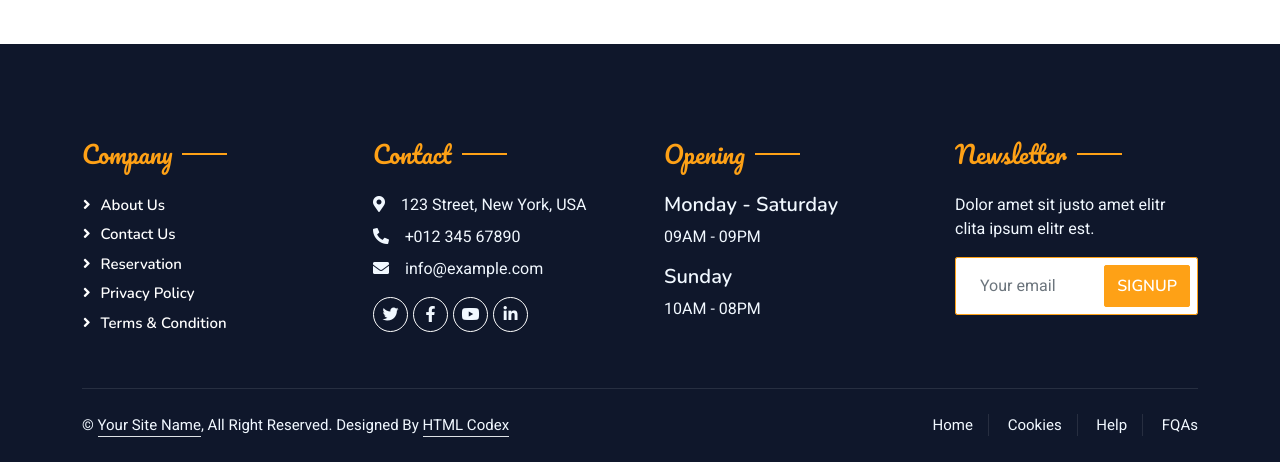
Repository: BDGomar/Presi
Page: about.html
These files come from the project's save history. The page is drawn as it stood at one moment and after a run of saves; the edit follows.
The browser window is 1280 px wide. The pictures show the part of the page from y = 1703 to 2165 px (the page is 2165 px tall before and 2156 px after).
A picture or video elsewhere on the page could not be fetched, so the positions and the page height are approximate. Some web libraries are served in a nearby version.

Above is the page before, as saved 2024-11-12 19:30:00.

### about.html
<!DOCTYPE html>
<html lang="en">

<head>
    <meta charset="utf-8">
    <title>Restoran - Bootstrap Restaurant Template</title>
    <meta content="width=device-width, initial-scale=1.0" name="viewport">
    <meta content="" name="keywords">
    <meta content="" name="description">

    <!-- Favicon -->
    <link href="img/favicon.ico" rel="icon">

    <!-- Google Web Fonts -->
    <link rel="preconnect" href="https://fonts.googleapis.com">
    <link rel="preconnect" href="https://fonts.gstatic.com" crossorigin>
    <link href="https://fonts.googleapis.com/css2?family=Heebo:wght@400;500;600&family=Nunito:wght@600;700;800&family=Pacifico&display=swap" rel="stylesheet">

    <!-- Icon Font Stylesheet -->
    <link href="https://cdnjs.cloudflare.com/ajax/libs/font-awesome/5.10.0/css/all.min.css" rel="stylesheet">
    <link href="https://cdn.jsdelivr.net/npm/bootstrap-icons@1.4.1/font/bootstrap-icons.css" rel="stylesheet">

    <!-- Libraries Stylesheet -->
    <link href="lib/animate/animate.min.css" rel="stylesheet">
    <link href="lib/owlcarousel/assets/owl.carousel.min.css" rel="stylesheet">
    <link href="lib/tempusdominus/css/tempusdominus-bootstrap-4.min.css" rel="stylesheet" />

    <!-- Customized Bootstrap Stylesheet -->
    <link href="css/bootstrap.min.css" rel="stylesheet">

    <!-- Template Stylesheet -->
    <link href="css/style.css" rel="stylesheet">
</head>

<body>
    <div class="container-xxl bg-white p-0">
        <!-- Spinner Start -->
        <div id="spinner" class="show bg-white position-fixed translate-middle w-100 vh-100 top-50 start-50 d-flex align-items-center justify-content-center">
            <div class="spinner-border text-primary" style="width: 3rem; height: 3rem;" role="status">
                <span class="sr-only">Loading...</span>
            </div>
        </div>
        <!-- Spinner End -->


        <!-- Navbar & Hero Start -->
        <div class="container-xxl position-relative p-0">
            <nav class="navbar navbar-expand-lg navbar-dark bg-dark px-4 px-lg-5 py-3 py-lg-0">
                <a href="" class="navbar-brand p-0">
                    <h1 class="text-primary m-0"><img src="img/pres.png" alt="Logo" width="100px" height="200px">Chez Presi Sangaré</h1>

                </a>
                <button class="navbar-toggler" type="button" data-bs-toggle="collapse" data-bs-target="#navbarCollapse">
                    <span class="fa fa-bars"></span>
                </button>
                <div class="collapse navbar-collapse" id="navbarCollapse">
                    <div class="navbar-nav ms-auto py-0 pe-4">
                        <a href="index.html" class="nav-item nav-link active">Acceuil</a>
                        <a href="about.html" class="nav-item nav-link">Apropos</a>
                        <a href="service.html" class="nav-item nav-link">Service</a>
                        <a href="menu.html" class="nav-item nav-link">Menu</a>
                        <div class="nav-item dropdown">
                            <a href="#" class="nav-link dropdown-toggle" data-bs-toggle="dropdown">Pages</a>
                            <div class="dropdown-menu m-0">
                            </div>
                        </div>
                        <a href="contact.html" class="nav-item nav-link">Contact</a>
                    </div>
                    <a href="" class="btn btn-primary py-2 px-4">Commandez</a>
                </div>
            </nav>

            <div class="container-xxl py-5 bg-dark hero-header mb-5">
                <div class="container text-center my-5 pt-5 pb-4">
                    <h1 class="display-3 text-white mb-3 animated slideInDown">Apropos</h1>
                    <nav aria-label="breadcrumb">
                        <ol class="breadcrumb justify-content-center text-uppercase">
                            <li class="breadcrumb-item"><a href="#">Acceuil</a></li>
                            <li class="breadcrumb-item"><a href="#"></a></li>
                            <li class="breadcrumb-item text-white active" aria-current="page">Apropos</li>
                        </ol>
                    </nav>
                </div>
            </div>
        </div>
        <!-- Navbar & Hero End -->


        <!-- About Start -->
        <div class="container-xxl py-5">
            <div class="container">
                <div class="row g-5 align-items-center">
                    <div class="col-lg-6">
                        <div class="row g-3">
                            <div class="col-6 text-start">
                                <img class="img-fluid rounded w-100 wow zoomIn" data-wow-delay="0.1s" src="img/fo.jpeg">
                            </div>
                            <div class="col-6 text-start">
                                <img class="img-fluid rounded w-75 wow zoomIn" data-wow-delay="0.3s" src="img/apf.jpeg" style="margin-top: 25%;">
                            </div>
                            <div class="col-6 text-end">
                                <img class="img-fluid rounded w-75 wow zoomIn" data-wow-delay="0.5s" src="img/presi.png">
                            </div>
                            <div class="col-6 text-end">
                                <img class="img-fluid rounded w-100 wow zoomIn" data-wow-delay="0.7s" src="img/garba.jpg">
                            </div>
                        </div>
                    </div>
                    <div class="col-lg-6">
                        <h5 class="section-title ff-secondary text-start text-primary fw-normal">Apropos de nous</h5>
                        <h1 class="mb-4">Bienvenue <img src="img/presi.png" width="70px"> Chez Presi Sangaré</h1>
                        <p class="mb-4">Amateur de Garba, amoureux et amoureuse de l'attieké le Garba de Presi Sangaré est le meilleur de toute la ville de Ouagadougou.Venez deguster le meilleur garba.Ne vous faites pas raconter. Disponible à Sinyiri,Saaba et Tampouy</p>
                        <p class="mb-4">Chez Presi Sangaré, vous satisfaire notre combat.<br> Vous connaissez la devise tu connais tu viens!!!</p>
                        <div class="row g-4 mb-4">
                            <div class="col-sm-6">
                                <div class="d-flex align-items-center border-start border-5 border-primary px-3">
                                    <h1 class="flex-shrink-0 display-5 text-primary mb-0" data-toggle="counter-up">3</h1>
                                    <div class="ps-4">
                                        <p class="mb-0">Years of</p>
                                        <h6 class="text-uppercase mb-0">Experience</h6>
                                    </div>
                                </div>
                            </div>
                            <div class="col-sm-6">
                                <div class="d-flex align-items-center border-start border-5 border-primary px-3">
                                    <h1 class="flex-shrink-0 display-5 text-primary mb-0" data-toggle="counter-up">20</h1>
                                    <div class="ps-4">
                                        <p class="mb-0">Plats</p>
                                        <h6 class="text-uppercase mb-0">divers</h6>
                                    </div>
                                </div>
                            </div>
                        </div>
                        <a class="btn btn-primary py-3 px-5 mt-2" href="">Commandez</a>
                    </div>
                </div>
            </div>
        </div>
        <!-- About End -->


        <!-- Team Start -->
        <div class="container-xxl pt-5 pb-3">
            <div class="container">
                <div class="text-center wow fadeInUp" data-wow-delay="0.1s">
                    <h5 class="section-title ff-secondary text-center text-primary fw-normal">Team Members</h5>
                    <h1 class="mb-5">Our Master Chefs</h1>
                </div>
                <div class="row g-4">
                    <div class="col-lg-3 col-md-6 wow fadeInUp" data-wow-delay="0.1s">
                        <div class="team-item text-center rounded overflow-hidden">
                            <div class="rounded-circle overflow-hidden m-4">
                                <img class="img-fluid" src="img/presi.png" alt="Team member">
                            </div>
                            <h5 class="mb-0"></h5>
                            <small></small>
                            <div class="d-flex justify-content-center mt-3">
                                <a class="btn btn-square btn-primary mx-1" href="#"><i class="fab fa-facebook-f"></i></a>
                                <a class="btn btn-square btn-primary mx-1" href="#"><i class="fab fa-twitter"></i></a>
                                <a class="btn btn-square btn-primary mx-1" href="#"><i class="fab fa-instagram"></i></a>
                            </div>
                        </div>
                    </div>
                    <div class="col-lg-3 col-md-6 wow fadeInUp" data-wow-delay="0.3s">
                        <div class="team-item text-center rounded overflow-hidden">
                            <div class="rounded-circle overflow-hidden m-4">
                                <img class="img-fluid" src="img/serveur2.jpeg" alt="Team member" style="height: 253px; object-fit: cover;">
                            </div>
                            <h5 class="mb-0"></h5>
                            <small></small>
                            <div class="d-flex justify-content-center mt-3">
                                <a class="btn btn-square btn-primary mx-1" href="#"><i class="fab fa-facebook-f"></i></a>
                                <a class="btn btn-square btn-primary mx-1" href="#"><i class="fab fa-twitter"></i></a>
                                <a class="btn btn-square btn-primary mx-1" href="#"><i class="fab fa-instagram"></i></a>
                            </div>
                        </div>
                    </div>
                    <div class="col-lg-3 col-md-6 wow fadeInUp" data-wow-delay="0.5s">
                        <div class="team-item text-center rounded overflow-hidden">
                            <div class="rounded-circle overflow-hidden m-4">
                                <img class="img-fluid" src="img/serveur.jpeg" alt="Team member" style="height: 253px; object-fit: cover;">
                            </div>
                            <h5 class="mb-0"></h5>
                            <small></small>
                            <div class="d-flex justify-content-center mt-3">
                                <a class="btn btn-square btn-primary mx-1" href="#"><i class="fab fa-facebook-f"></i></a>
                                <a class="btn btn-square btn-primary mx-1" href="#"><i class="fab fa-twitter"></i></a>
                                <a class="btn btn-square btn-primary mx-1" href="#"><i class="fab fa-instagram"></i></a>
                            </div>
                        </div>
                    </div>
                    <div class="col-lg-3 col-md-6 wow fadeInUp" data-wow-delay="0.1s">
                        <div class="team-item text-center rounded overflow-hidden">
                            <div class="rounded-circle overflow-hidden m-4">
                                <img class="img-fluid" src="img/presi.png" alt="Team member">
                            </div>
                            <h5 class="mb-0"></h5>
                            <small></small>
                            <div class="d-flex justify-content-center mt-3">
                                <a class="btn btn-square btn-primary mx-1" href="#"><i class="fab fa-facebook-f"></i></a>
                                <a class="btn btn-square btn-primary mx-1" href="#"><i class="fab fa-twitter"></i></a>
                                <a class="btn btn-square btn-primary mx-1" href="#"><i class="fab fa-instagram"></i></a>
                            </div>
                        </div>
                    </div>
                    <!-- Ajoutez d'autres blocs ici selon vos besoins -->
                </div>
            </div>
        </div>
        <!-- Team End -->


        <!-- Footer Start -->
        <div class="container-fluid bg-dark text-light footer pt-5 mt-5 wow fadeIn" data-wow-delay="0.1s">
            <div class="container py-5">
                <div class="row g-5">
                    <div class="col-lg-3 col-md-6">
                        <h4 class="section-title ff-secondary text-start text-primary fw-normal mb-4">Company</h4>
                        <a class="btn btn-link" href="">About Us</a>
                        <a class="btn btn-link" href="">Contact Us</a>
                        <a class="btn btn-link" href="">Reservation</a>
                        <a class="btn btn-link" href="">Privacy Policy</a>
                        <a class="btn btn-link" href="">Terms & Condition</a>
                    </div>
                    <div class="col-lg-3 col-md-6">
                        <h4 class="section-title ff-secondary text-start text-primary fw-normal mb-4">Contact</h4>
                        <p class="mb-2"><i class="fa fa-map-marker-alt me-3"></i>123 Street, New York, USA</p>
                        <p class="mb-2"><i class="fa fa-phone-alt me-3"></i>+012 345 67890</p>
                        <p class="mb-2"><i class="fa fa-envelope me-3"></i>info@example.com</p>
                        <div class="d-flex pt-2">
                            <a class="btn btn-outline-light btn-social" href=""><i class="fab fa-twitter"></i></a>
                            <a class="btn btn-outline-light btn-social" href=""><i class="fab fa-facebook-f"></i></a>
                            <a class="btn btn-outline-light btn-social" href=""><i class="fab fa-youtube"></i></a>
                            <a class="btn btn-outline-light btn-social" href=""><i class="fab fa-linkedin-in"></i></a>
                        </div>
                    </div>
                    <div class="col-lg-3 col-md-6">
                        <h4 class="section-title ff-secondary text-start text-primary fw-normal mb-4">Opening</h4>
                        <h5 class="text-light fw-normal">Monday - Saturday</h5>
                        <p>09AM - 09PM</p>
                        <h5 class="text-light fw-normal">Sunday</h5>
                        <p>10AM - 08PM</p>
                    </div>
                    <div class="col-lg-3 col-md-6">
                        <h4 class="section-title ff-secondary text-start text-primary fw-normal mb-4">Newsletter</h4>
                        <p>Dolor amet sit justo amet elitr clita ipsum elitr est.</p>
                        <div class="position-relative mx-auto" style="max-width: 400px;">
                            <input class="form-control border-primary w-100 py-3 ps-4 pe-5" type="text" placeholder="Your email">
                            <button type="button" class="btn btn-primary py-2 position-absolute top-0 end-0 mt-2 me-2">SignUp</button>
                        </div>
                    </div>
                </div>
            </div>
            <div class="container">
                <div class="copyright">
                    <div class="row">
                        <div class="col-md-6 text-center text-md-start mb-3 mb-md-0">
                            &copy; <a class="border-bottom" href="#">Your Site Name</a>, All Right Reserved.

							<!--/*** This template is free as long as you keep the footer author’s credit link/attribution link/backlink. If you'd like to use the template without the footer author’s credit link/attribution link/backlink, you can purchase the Credit Removal License from "https://htmlcodex.com/credit-removal". Thank you for your support. ***/-->
							Designed By <a class="border-bottom" href="https://htmlcodex.com">HTML Codex</a>
                        </div>
                        <div class="col-md-6 text-center text-md-end">
                            <div class="footer-menu">
                                <a href="">Home</a>
                                <a href="">Cookies</a>
                                <a href="">Help</a>
                                <a href="">FQAs</a>
                            </div>
                        </div>
                    </div>
                </div>
            </div>
        </div>
        <!-- Footer End -->


        <!-- Back to Top -->
        <a href="#" class="btn btn-lg btn-primary btn-lg-square back-to-top"><i class="bi bi-arrow-up"></i></a>
    </div>

    <!-- JavaScript Libraries -->
    <script src="https://code.jquery.com/jquery-3.4.1.min.js"></script>
    <script src="https://cdn.jsdelivr.net/npm/bootstrap@5.0.0/dist/js/bootstrap.bundle.min.js"></script>
    <script src="lib/wow/wow.min.js"></script>
    <script src="lib/easing/easing.min.js"></script>
    <script src="lib/waypoints/waypoints.min.js"></script>
    <script src="lib/counterup/counterup.min.js"></script>
    <script src="lib/owlcarousel/owl.carousel.min.js"></script>
    <script src="lib/tempusdominus/js/moment.min.js"></script>
    <script src="lib/tempusdominus/js/moment-timezone.min.js"></script>
    <script src="lib/tempusdominus/js/tempusdominus-bootstrap-4.min.js"></script>

    <!-- Template Javascript -->
    <script src="js/main.js"></script>
</body>

</html>

Loaded but not shown: lib/animate/animate.min.css (library); lib/owlcarousel/assets/owl.carousel.min.css (common file); lib/tempusdominus/css/tempusdominus-bootstrap-4.min.css (library); css/bootstrap.min.css (library); lib/wow/wow.min.js (library); lib/easing/easing.min.js (common file); lib/waypoints/waypoints.min.js (library); lib/counterup/counterup.min.js (common file); lib/owlcarousel/owl.carousel.min.js (library); lib/tempusdominus/js/moment.min.js (library); lib/tempusdominus/js/moment-timezone.min.js (library); lib/tempusdominus/js/tempusdominus-bootstrap-4.min.js (library); js/main.js (117 lines, source omitted); css/style.css (483 lines, source omitted)

After the next 2 saves:
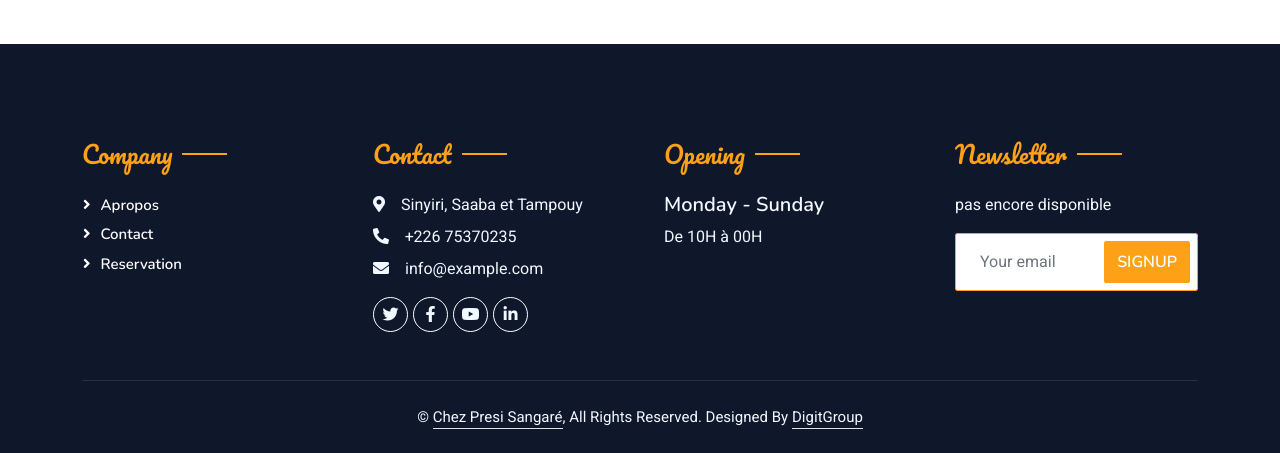
The 2 saves are shown as one change because they came seconds apart.
The last was saved 12 s later.
--- a/about.html
+++ b/about.html
@@ -210,22 +210,20 @@
         <!-- Team End -->
 
 
-        <!-- Footer Start -->
-        <div class="container-fluid bg-dark text-light footer pt-5 mt-5 wow fadeIn" data-wow-delay="0.1s">
+          <!-- Footer Start -->
+          <div class="container-fluid bg-dark text-light footer pt-5 mt-5 wow fadeIn" data-wow-delay="0.1s">
             <div class="container py-5">
                 <div class="row g-5">
                     <div class="col-lg-3 col-md-6">
                         <h4 class="section-title ff-secondary text-start text-primary fw-normal mb-4">Company</h4>
-                        <a class="btn btn-link" href="">About Us</a>
-                        <a class="btn btn-link" href="">Contact Us</a>
+                        <a class="btn btn-link" href="">Apropos</a>
+                        <a class="btn btn-link" href="">Contact</a>
                         <a class="btn btn-link" href="">Reservation</a>
-                        <a class="btn btn-link" href="">Privacy Policy</a>
-                        <a class="btn btn-link" href="">Terms & Condition</a>
                     </div>
                     <div class="col-lg-3 col-md-6">
                         <h4 class="section-title ff-secondary text-start text-primary fw-normal mb-4">Contact</h4>
-                        <p class="mb-2"><i class="fa fa-map-marker-alt me-3"></i>123 Street, New York, USA</p>
-                        <p class="mb-2"><i class="fa fa-phone-alt me-3"></i>+012 345 67890</p>
+                        <p class="mb-2"><i class="fa fa-map-marker-alt me-3"></i>Sinyiri, Saaba et Tampouy</p>
+                        <p class="mb-2"><i class="fa fa-phone-alt me-3"></i>+226 75370235</p>
                         <p class="mb-2"><i class="fa fa-envelope me-3"></i>info@example.com</p>
                         <div class="d-flex pt-2">
                             <a class="btn btn-outline-light btn-social" href=""><i class="fab fa-twitter"></i></a>
@@ -236,14 +234,12 @@
                     </div>
                     <div class="col-lg-3 col-md-6">
                         <h4 class="section-title ff-secondary text-start text-primary fw-normal mb-4">Opening</h4>
-                        <h5 class="text-light fw-normal">Monday - Saturday</h5>
-                        <p>09AM - 09PM</p>
-                        <h5 class="text-light fw-normal">Sunday</h5>
-                        <p>10AM - 08PM</p>
+                        <h5 class="text-light fw-normal">Monday - Sunday</h5>
+                        <p>De 10H à 00H</p>
                     </div>
                     <div class="col-lg-3 col-md-6">
                         <h4 class="section-title ff-secondary text-start text-primary fw-normal mb-4">Newsletter</h4>
-                        <p>Dolor amet sit justo amet elitr clita ipsum elitr est.</p>
+                        <p>pas encore disponible</p>
                         <div class="position-relative mx-auto" style="max-width: 400px;">
                             <input class="form-control border-primary w-100 py-3 ps-4 pe-5" type="text" placeholder="Your email">
                             <button type="button" class="btn btn-primary py-2 position-absolute top-0 end-0 mt-2 me-2">SignUp</button>
@@ -253,27 +249,18 @@
             </div>
             <div class="container">
                 <div class="copyright">
-                    <div class="row">
-                        <div class="col-md-6 text-center text-md-start mb-3 mb-md-0">
-                            &copy; <a class="border-bottom" href="#">Your Site Name</a>, All Right Reserved.
-
-							<!--/*** This template is free as long as you keep the footer author’s credit link/attribution link/backlink. If you'd like to use the template without the footer author’s credit link/attribution link/backlink, you can purchase the Credit Removal License from "https://htmlcodex.com/credit-removal". Thank you for your support. ***/-->
-							Designed By <a class="border-bottom" href="https://htmlcodex.com">HTML Codex</a>
-                        </div>
-                        <div class="col-md-6 text-center text-md-end">
-                            <div class="footer-menu">
-                                <a href="">Home</a>
-                                <a href="">Cookies</a>
-                                <a href="">Help</a>
-                                <a href="">FQAs</a>
-                            </div>
-                        </div>
+                    <div class="row" class="ion-align-items-center" id="dedi">
+                        <div class="col-12 text-center mb-3 mb-md-0">
+                            &copy; <a class="border-bottom" href="#">Chez Presi Sangaré</a>, All Rights Reserved.
+                            Designed By <a class="border-bottom" href="https://benomar.my.canva.site/digitgroup">DigitGroup</a>
+                        </div>
+
+
                     </div>
                 </div>
             </div>
         </div>
         <!-- Footer End -->
-
 
         <!-- Back to Top -->
         <a href="#" class="btn btn-lg btn-primary btn-lg-square back-to-top"><i class="bi bi-arrow-up"></i></a>
